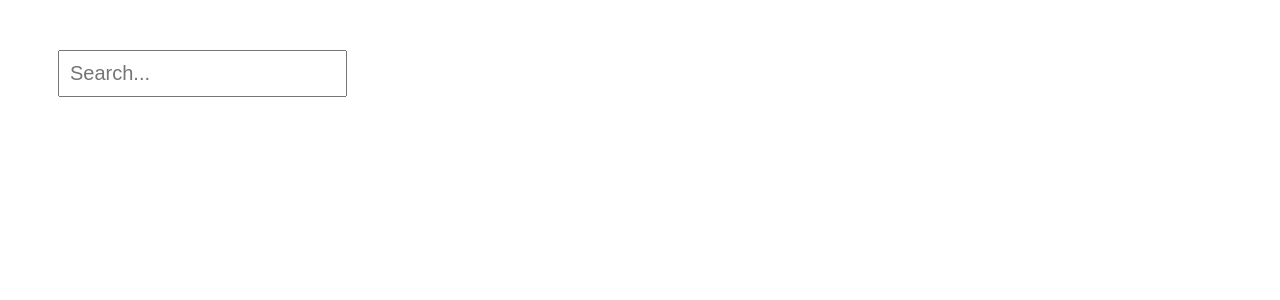
Repository: kluivert-ssali/my_search
Page: /
An editor plug-in stored every save of this project. The page is shown before and after a run of saves, followed by the edit.
The browser window is 1280 px wide. The pictures show the whole page.
The project was rebuilt for these pictures with package versions that can differ from the ones it lists, and the page was loaded fresh each time.

Above is the page before, as saved 2022-02-27 16:23:45.

After the next 3 saves:
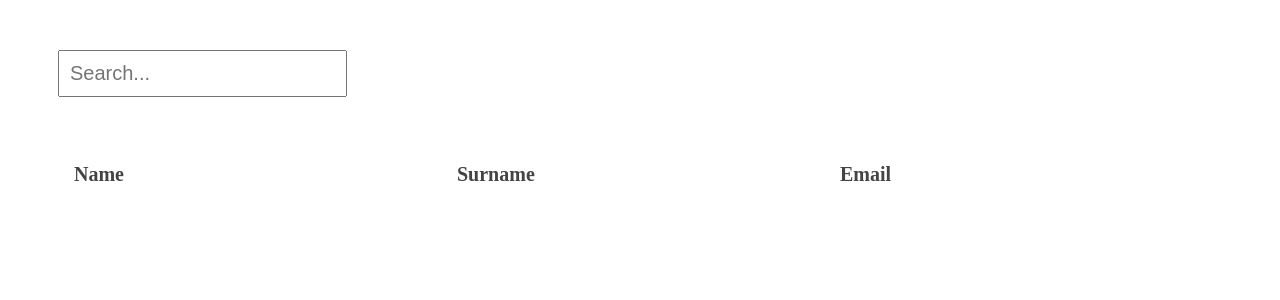
The 3 saves are shown as one change because 2 did not build or start.
The last was saved 7 min 29 s later.
--- a/src/App.jsx
+++ b/src/App.jsx
@@ -1,6 +1,8 @@
 import "./app.css";
 import { Users } from "./users";
 import { useState } from "react";
+import Table from "./Table";
+
 
 function App() {
   const [query, setQuery] = useState("");
@@ -15,7 +17,7 @@ function App() {
         ))}
       </ul> */}
 
-
+      <Table/>
     </div>
   );
 }
